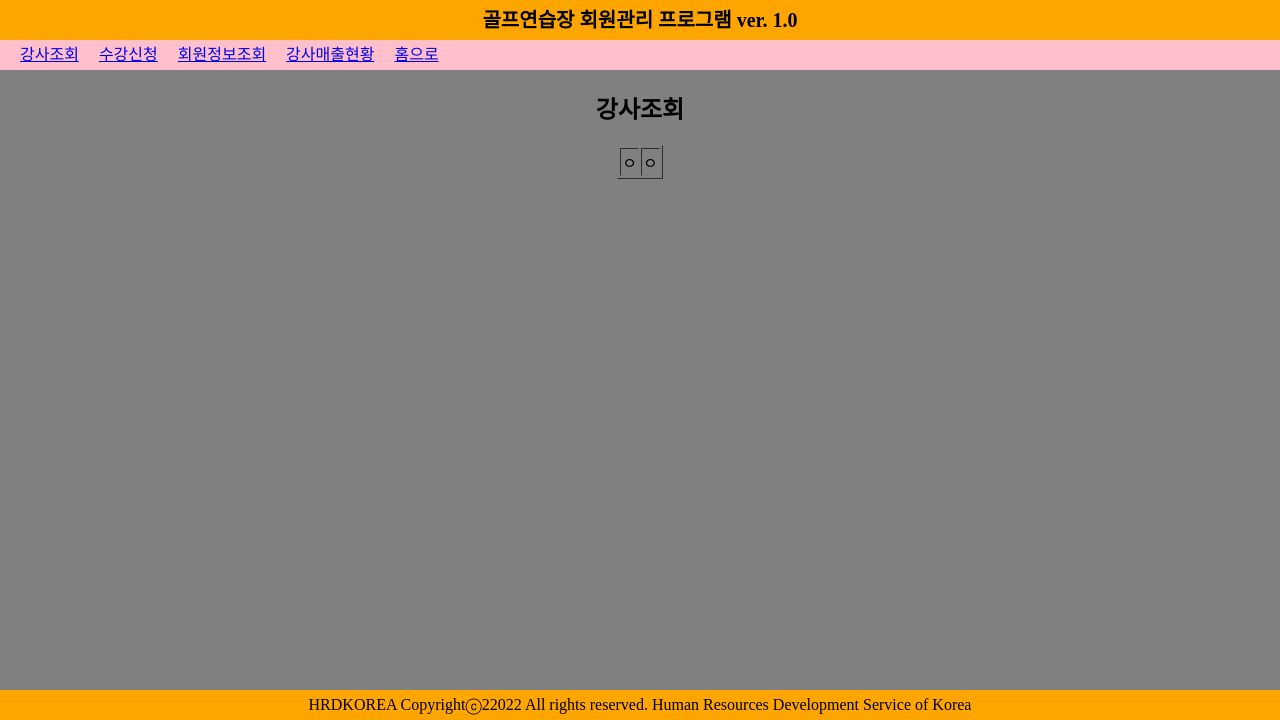
Repository: leesuyeon116/HRD_3
Page: http://localhost/HRD_0505/tlist.jsp
The author's editor kept a copy of each file at every save. The page is drawn from the files as they stood at one save, then again after the next save.
The browser window is 1280 px wide. The pictures show the whole page.
The page is served by Tomcat 9.

Above is the page before, as saved 2024-05-05 09:09:13.

After the next save:
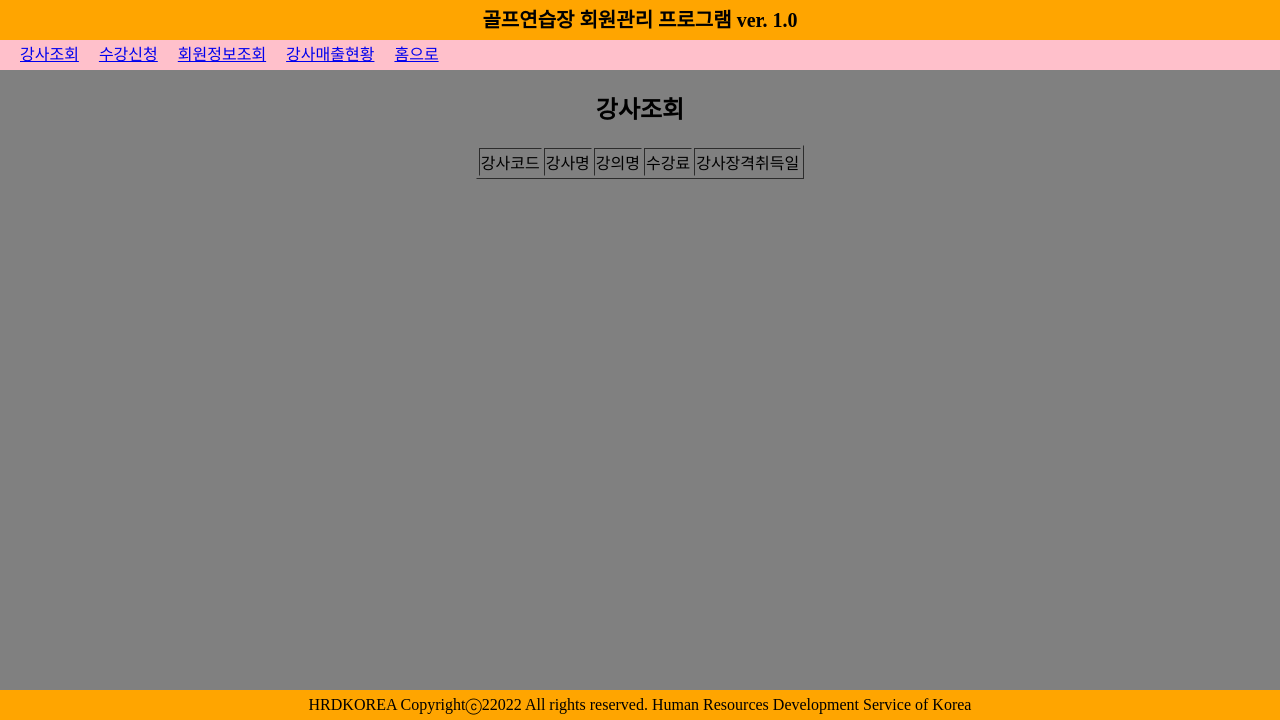
Saved 39 s later.
--- a/workspace/HRD_0505/src/main/webapp/tlist.jsp
+++ b/workspace/HRD_0505/src/main/webapp/tlist.jsp
@@ -13,8 +13,11 @@
 	<form style="display: flex; align-items: center; justify-content: center; text-align: center">
 		<table border="1">
 			<tr>
-				<td>ㅇ</td>
-				<td>ㅇ</td>
+				<td>강사코드</td>
+				<td>강사명</td>
+				<td>강의명</td>
+				<td>수강료</td>
+				<td>강사장격취득일</td>
 			</tr>
 		</table>
 	</form>
